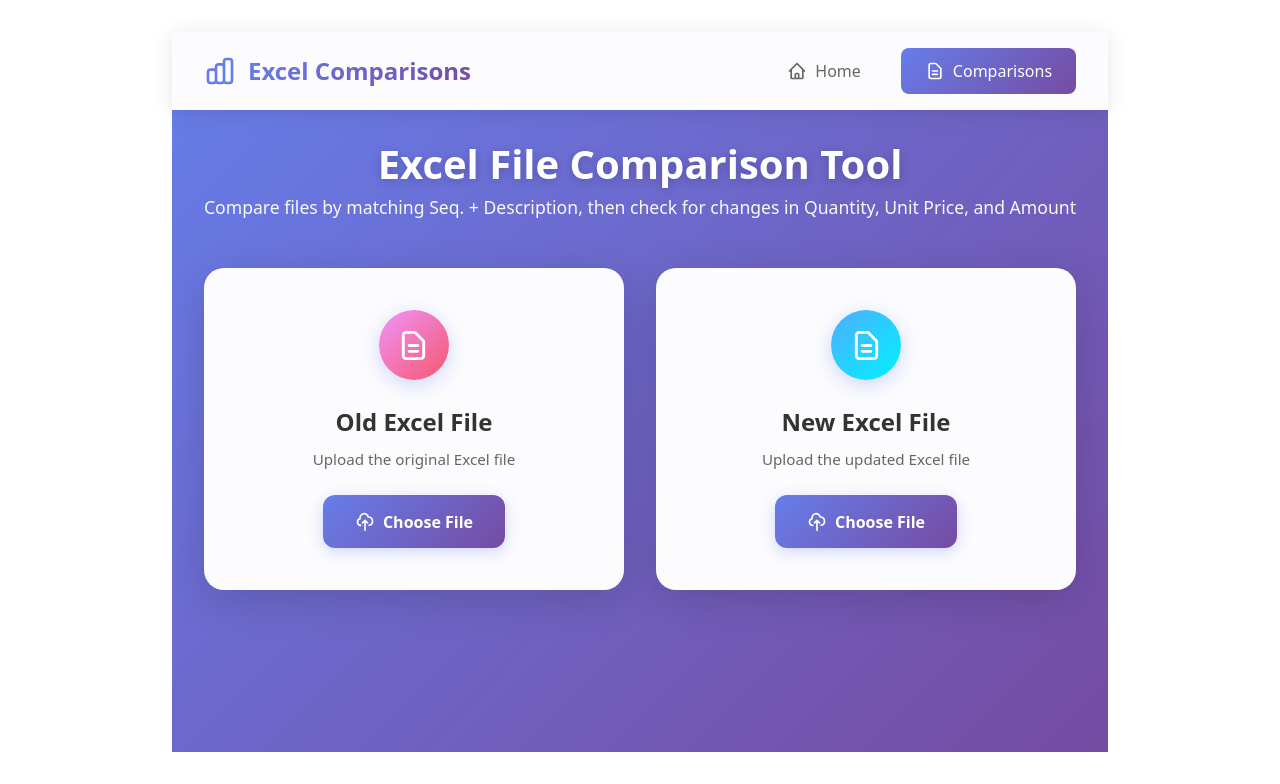
Repository: eidimontaha18-maker/compareexcels
Page: /
These files come from the project's save history. The page is drawn as it stood at one moment and after the next save; the edit follows.
The browser window is 1280 px wide. The pictures show the whole page.
The project was rebuilt for these pictures with package versions that can differ from the ones it lists, and the page was loaded fresh each time. Also part of the build but not shown: vite.config.ts.

Above is the page before, as saved 2025-10-16 14:45:14.

After the next save:
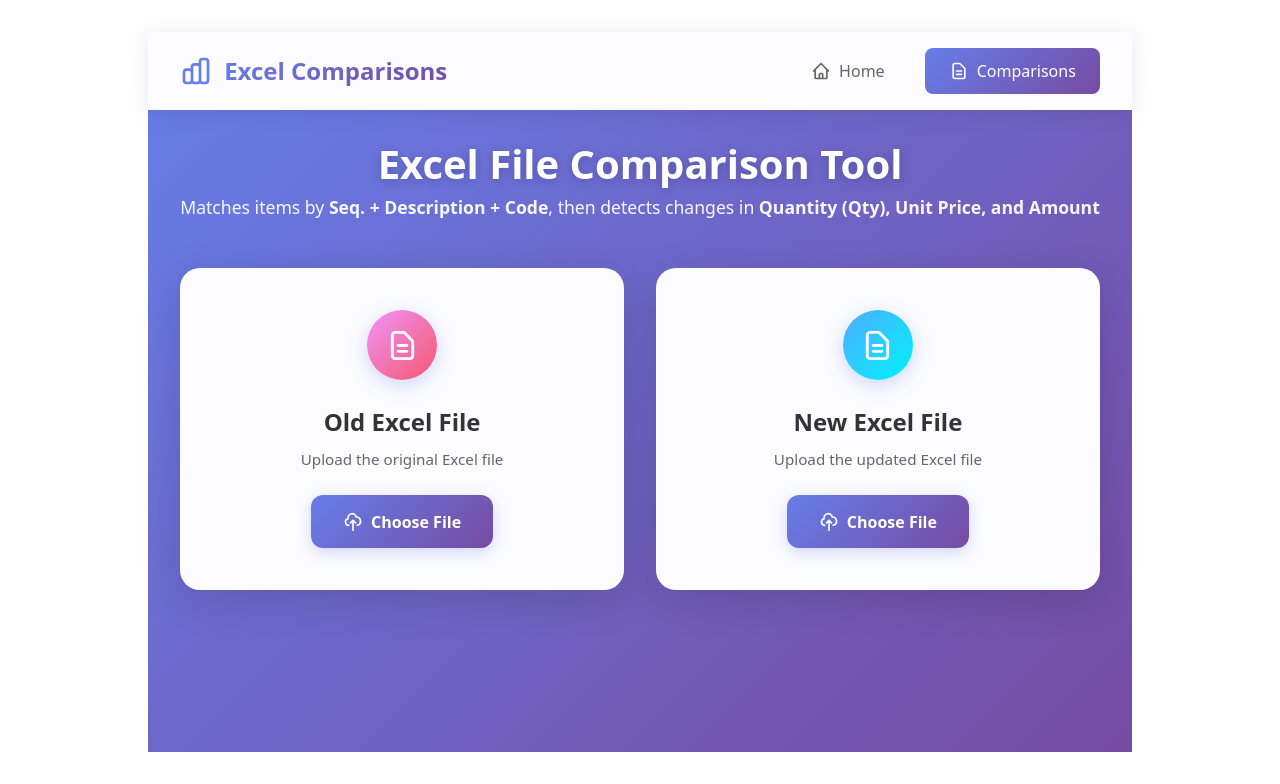
Saved 19 s later.
--- a/src/pages/index.tsx
+++ b/src/pages/index.tsx
@@ -465,7 +465,7 @@ const Dashboard: React.FC = () => {
       <div className="dashboard-content">
         <header className="page-header">
           <h1>Excel File Comparison Tool</h1>
-          <p>Compare files by matching Seq. + Description, then check for changes in Quantity, Unit Price, and Amount</p>
+          <p>Matches items by <strong>Seq. + Description + Code</strong>, then detects changes in <strong>Quantity (Qty), Unit Price, and Amount</strong></p>
         </header>
 
         {/* Upload Section */}
